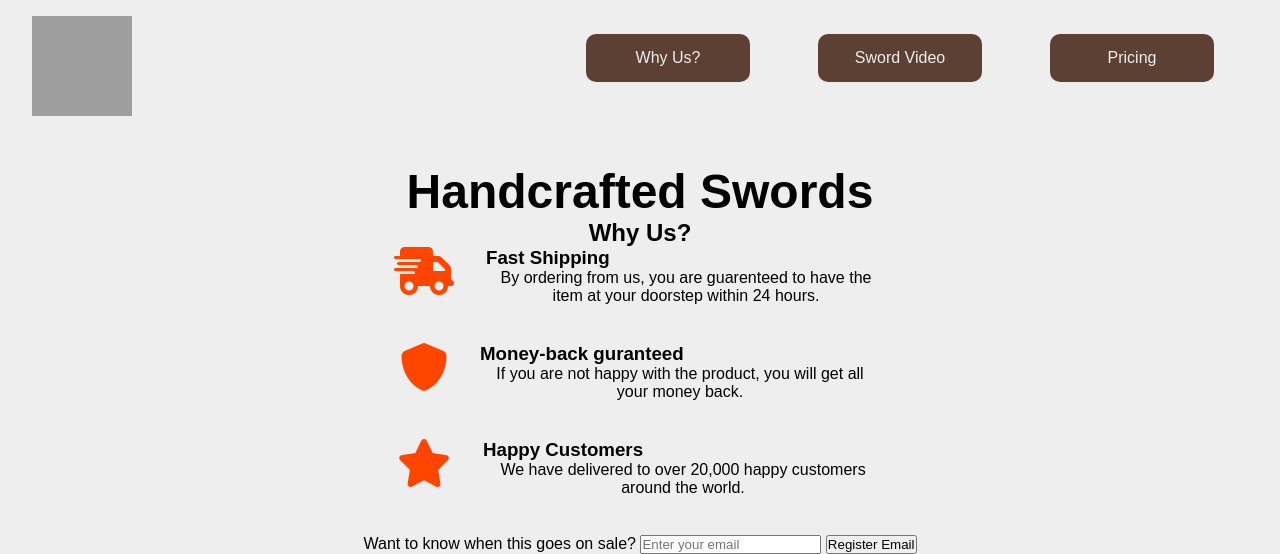
Repository: Pafestivo/Product-Landing-Page
Page: index.html
These files come from the project's save history. The page is drawn as it stood at one moment and after the next save; the edit follows.
The browser window is 1280 px wide. The pictures show the part of the page from y = 0 to 554 px (the page is 873 px tall).
Pictures or frames that could not be fetched are drawn as grey boxes. Some web libraries are served in a nearby version.

Above is the page before, as saved 2022-09-15 17:16:59.

After the next save:
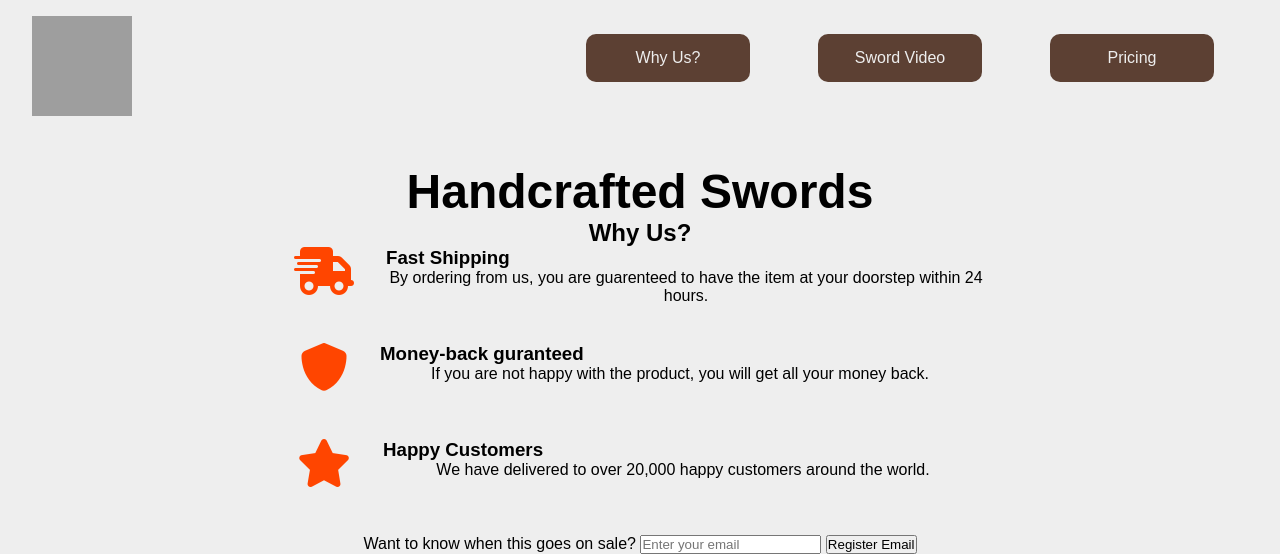
Saved 6 s later.
--- a/styles.css
+++ b/styles.css
@@ -64,7 +64,7 @@
 }
 
 .reason p {
-  width: 400px;
+  width: 600px
 }
 
 .fa-solid {
